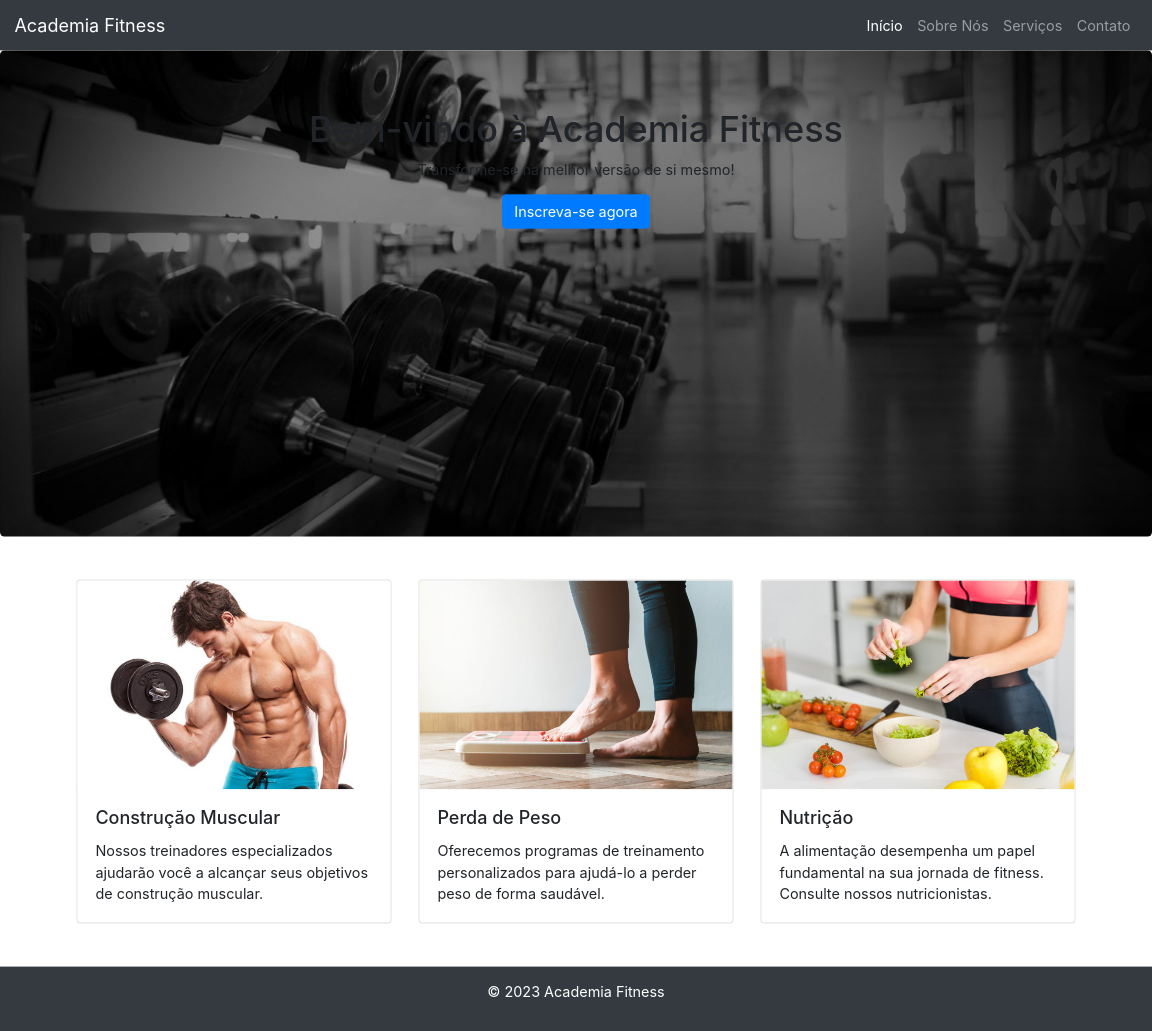
Repository: 01nethy/pratica14
Page: index.html
An editor plug-in stored every save of this project. The page is shown before and after the next save, followed by the edit.
The browser window is 1280 px wide. The pictures show the whole page, at 90% of full size.

Above is the page before, as saved 2023-09-07 23:21:40.

### index.html
<!DOCTYPE html>
<html lang="pt-BR">
<head>
    <meta charset="UTF-8">
    <meta name="viewport" content="width=device-width, initial-scale=1.0">
    <title>Academia de Musculação</title>
    <link rel="stylesheet" href="https://stackpath.bootstrapcdn.com/bootstrap/4.5.2/css/bootstrap.min.css">
    <link rel="stylesheet" href="style.css">
</head>
<body>

<!-- Barra de navegação -->
<nav class="navbar navbar-expand-lg navbar-dark bg-dark">
    <a class="navbar-brand" href="#">Academia Fitness</a>
    <button class="navbar-toggler" type="button" data-toggle="collapse" data-target="#navbarNav" aria-controls="navbarNav" aria-expanded="false" aria-label="Toggle navigation">
        <span class="navbar-toggler-icon"></span>
    </button>
    <div class="collapse navbar-collapse" id="navbarNav">
        <ul class="navbar-nav ml-auto">
            <li class="nav-item active">
                <a class="nav-link" href="#">Início</a>
            </li>
            <li class="nav-item">
                <a class="nav-link" href="#">Sobre Nós</a>
            </li>
            <li class="nav-item">
                <a class="nav-link" href="#">Serviços</a>
            </li>
            <li class="nav-item">
                <a class="nav-link" href="#">Contato</a>
            </li>
        </ul>
    </div>
</nav>

<!-- Cabeçalho -->
<header id="fundo" class="jumbotron text-center">
    <h1>Bem-vindo à Academia Fitness</h1>
    <p>Transforme-se na melhor versão de si mesmo!</p>
    <a class="btn btn-primary" href="#">Inscreva-se agora</a>
</header>

<!-- Seção de Destaque -->
<section class="container my-5">
    <div class="row">
        <div class="col-md-4">
            <div class="card">
                <img src="massa.jpg" class="card-img-top" alt="Muscle Building">
                <div class="card-body">
                    <h5 class="card-title">Construção Muscular</h5>
                    <p class="card-text">Nossos treinadores especializados ajudarão você a alcançar seus objetivos de construção muscular.</p>
                </div>
            </div>
        </div>
        <div class="col-md-4">
            <div class="card">
                <img src="peso.jpeg" class="card-img-top" alt="Weight Loss">
                <div class="card-body">
                    <h5 class="card-title">Perda de Peso</h5>
                    <p class="card-text">Oferecemos programas de treinamento personalizados para ajudá-lo a perder peso de forma saudável.</p>
                </div>
            </div>
        </div>
        <div class="col-md-4">
            <div class="card">
                <img src="nutricao.jpg" class="card-img-top" alt="Nutrition">
                <div class="card-body">
                    <h5 class="card-title">Nutrição</h5>
                    <p class="card-text">A alimentação desempenha um papel fundamental na sua jornada de fitness. Consulte nossos nutricionistas.</p>
                </div>
            </div>
        </div>
    </div>
</section>

<!-- Rodapé -->
<footer class="bg-dark text-white text-center py-3">
    <p>&copy; 2023 Academia Fitness</p>
</footer>


</body>
</html>

### style.css
#fundo{
    width: 100%;
    height: 75vh;
    background: url(background2.jpg) top left;
    background-size: cover;
    position: relative;
}

After the next save:
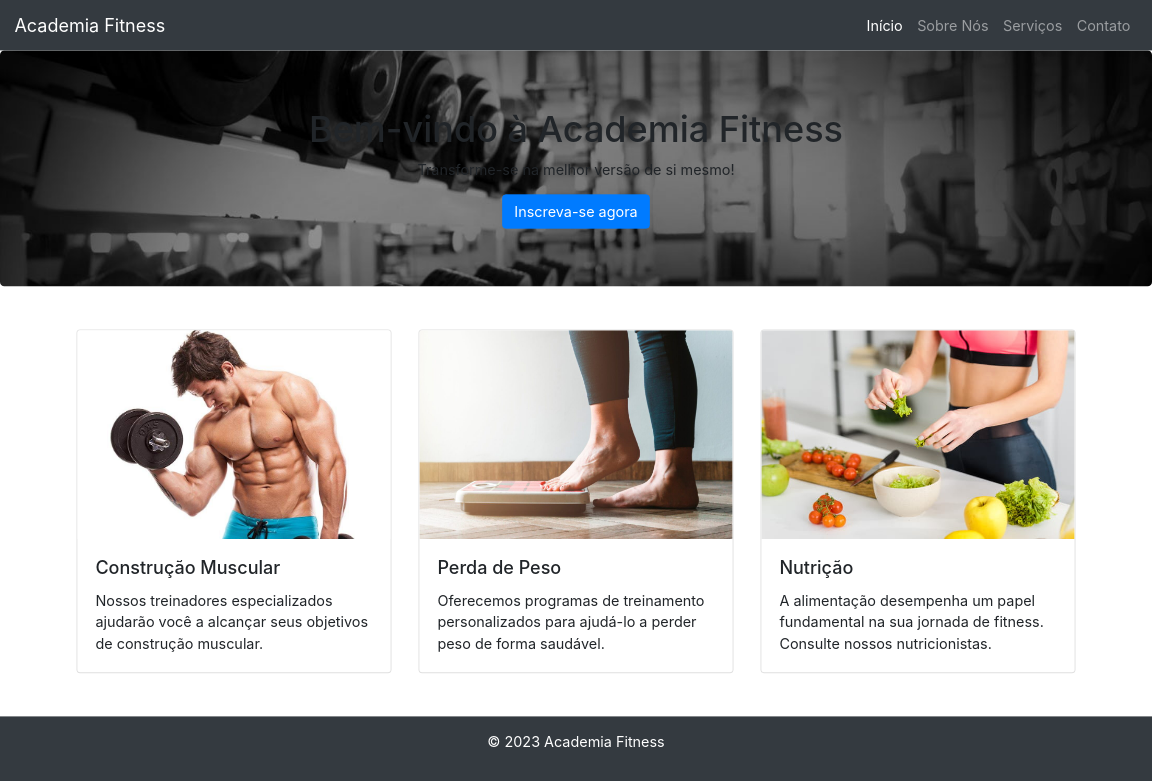
Saved 12 min 9 s later.
--- a/style.css
+++ b/style.css
@@ -1,7 +1,6 @@
 #fundo{
-    width: 100%;
-    height: 75vh;
+
     background: url(background2.jpg) top left;
     background-size: cover;
-    position: relative;
+
 }
